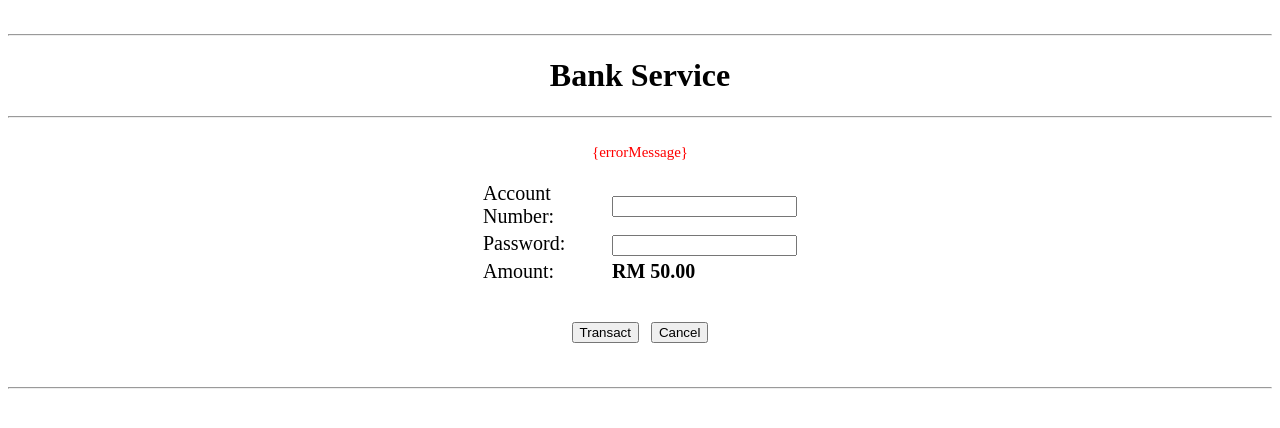
Repository: Jeck97/Mcdonald-Delivery-System
Page: http://localhost/McDelivery/bankService/transactionForm.jsp
The author's editor kept a copy of each file at every save. The page is drawn from the files as they stood at one save, then again after the next save.
The browser window is 1280 px wide. The pictures show the whole page.
The page is served by Tomcat 9.

Above is the page before, as saved 2020-07-12 18:18:02.

After the next save:
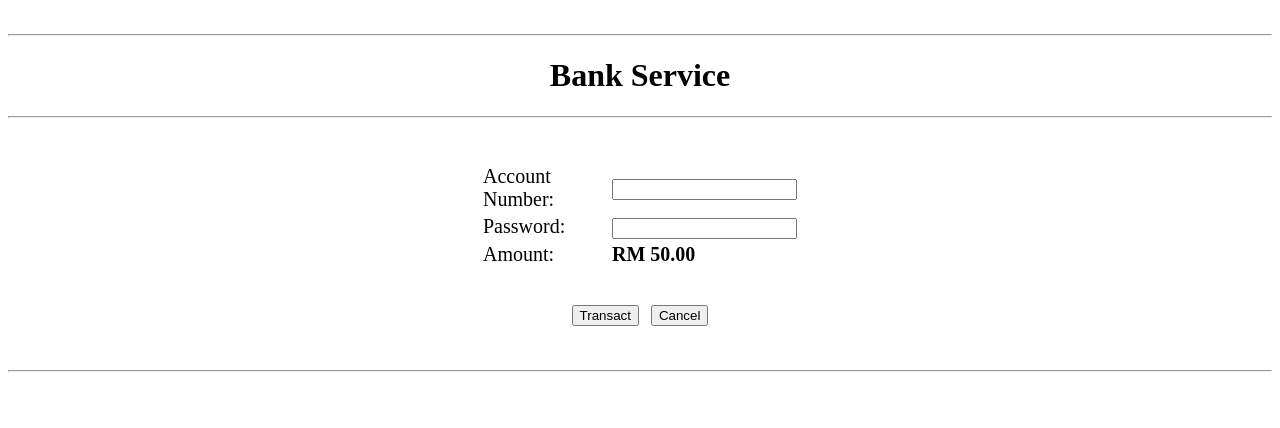
Saved 11 s later.
--- a/McDelivery/WebContent/bankService/transactionForm.jsp
+++ b/McDelivery/WebContent/bankService/transactionForm.jsp
@@ -18,7 +18,7 @@
 
 	<br>
 
-	<div style="color: #FF0000; text-align: center; font-size: 15px;">{errorMessage}</div>
+	<div style="color: #FF0000; text-align: center; font-size: 15px;">${errorMessage}</div>
 
 	<br>
 
